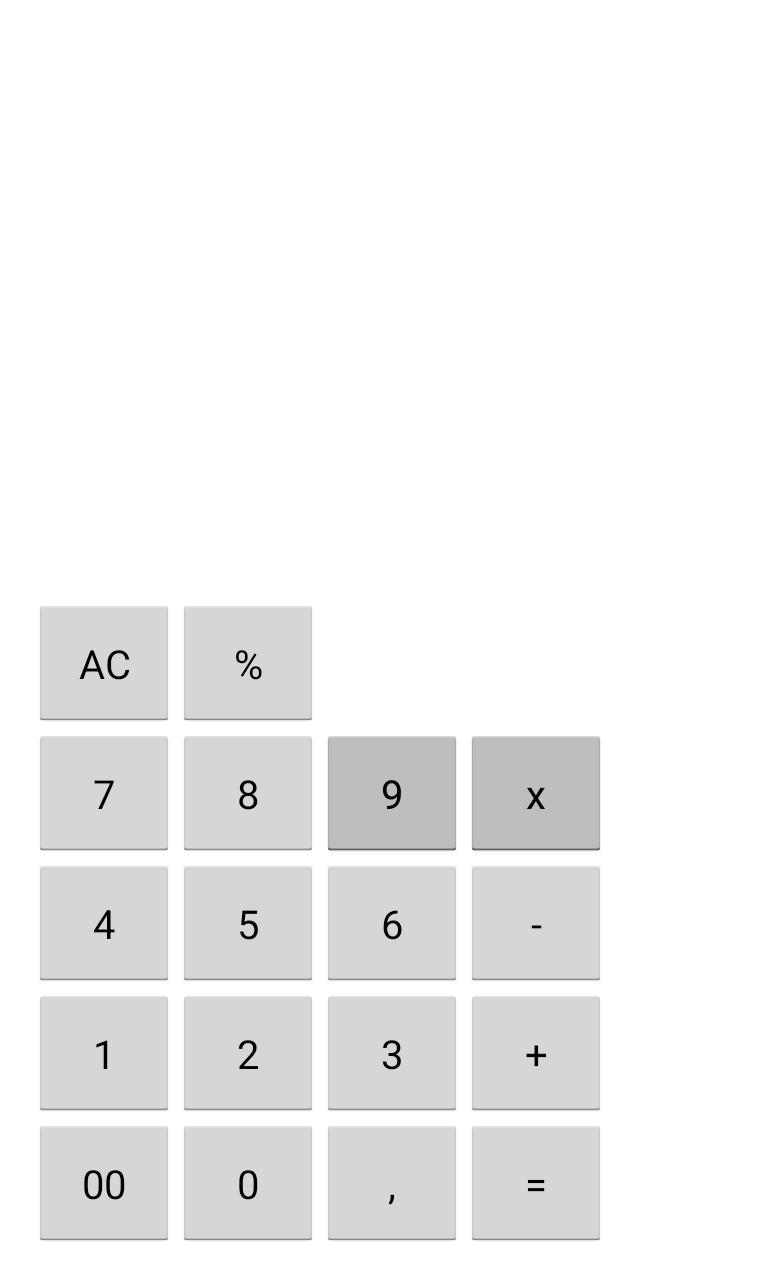
Repository: kisahtegar/mp_java_si6
Layout: MyCalculator/res/layout/activity_main.xml
An editor plug-in stored every save of this project. The layout is shown before and after the next save, followed by the edit.
It is drawn on a 768 x 1280 px phone screen (xhdpi) without system bars, with theme AppTheme; the app's code is not run.

Above is the layout before, as saved 2024-05-14 10:20:32.

### MyCalculator/res/layout/activity_main.xml
<RelativeLayout xmlns:android="http://schemas.android.com/apk/res/android"
    xmlns:tools="http://schemas.android.com/tools"
    android:layout_width="match_parent"
    android:layout_height="match_parent"
    android:paddingBottom="@dimen/activity_vertical_margin"
    android:paddingLeft="@dimen/activity_horizontal_margin"
    android:paddingRight="@dimen/activity_horizontal_margin"
    android:paddingTop="@dimen/activity_vertical_margin"
    tools:context=".MainActivity" >

    <!-- First Layer -->
    <Button
        android:id="@+id/btnDoubleZero"
        style="?android:attr/buttonStyleSmall"
        android:layout_width="72dp"
        android:layout_height="65dp"
        android:layout_alignParentBottom="true"
        android:layout_alignParentLeft="true"
        android:text="00"
        android:textSize="20sp" />

    <Button
        android:id="@+id/btnZero"
        style="?android:attr/buttonStyleSmall"
        android:layout_width="72dp"
        android:layout_height="65dp"
        android:layout_alignParentBottom="true"
        android:layout_toRightOf="@+id/btnDoubleZero"
        android:text="0"
        android:textSize="20sp" />

    <Button
        android:id="@+id/btnComma"
        style="?android:attr/buttonStyleSmall"
        android:layout_width="72dp"
        android:layout_height="65dp"
        android:layout_alignParentBottom="true"
        android:layout_toRightOf="@+id/btnZero"
        android:text=","
        android:textSize="20sp" />

    <Button
        android:id="@+id/btnEqual"
        style="?android:attr/buttonStyleSmall"
        android:layout_width="72dp"
        android:layout_height="65dp"
        android:layout_alignParentBottom="true"
        android:layout_toRightOf="@+id/btnComma"
        android:text="="
        android:textSize="20sp" />

    <!-- Second Layer -->
    <Button
        android:id="@+id/btnOne"
        style="?android:attr/buttonStyleSmall"
        android:layout_width="72dp"
        android:layout_height="65dp"
        android:layout_above="@+id/btnDoubleZero"
        android:layout_alignParentLeft="true"
        android:text="1"
        android:textSize="20sp" />

    <Button
        android:id="@+id/btnTwo"
        style="?android:attr/buttonStyleSmall"
        android:layout_width="72dp"
        android:layout_height="65dp"
        android:layout_above="@+id/btnZero"
        android:layout_toRightOf="@+id/btnOne"
        android:text="2"
        android:textSize="20sp" />

    <Button
        android:id="@+id/btnThree"
        style="?android:attr/buttonStyleSmall"
        android:layout_width="72dp"
        android:layout_height="65dp"
        android:layout_above="@+id/btnComma"
        android:layout_toRightOf="@+id/btnTwo"
        android:text="3"
        android:textSize="20sp" />

    <Button
        android:id="@+id/btnPlus"
        style="?android:attr/buttonStyleSmall"
        android:layout_width="72dp"
        android:layout_height="65dp"
        android:layout_above="@+id/btnEqual"
        android:layout_toRightOf="@+id/btnThree"
        android:text="+"
        android:textSize="20sp" />

    <!-- Third Layer -->
    <Button
        android:id="@+id/btnFour"
        style="?android:attr/buttonStyleSmall"
        android:layout_width="72dp"
        android:layout_height="65dp"
        android:layout_above="@+id/btnOne"
        android:layout_alignParentLeft="true"
        android:text="4"
        android:textSize="20sp" />

    <Button
        android:id="@+id/btnFive"
        style="?android:attr/buttonStyleSmall"
        android:layout_width="72dp"
        android:layout_height="65dp"
        android:layout_above="@+id/btnTwo"
        android:layout_toRightOf="@+id/btnFour"
        android:text="5"
        android:textSize="20sp" />

    <Button
        android:id="@+id/btnSix"
        style="?android:attr/buttonStyleSmall"
        android:layout_width="72dp"
        android:layout_height="65dp"
        android:layout_above="@+id/btnThree"
        android:layout_toRightOf="@+id/btnFive"
        android:text="6"
        android:textSize="20sp" />

    <Button
        android:id="@+id/btnMinus"
        style="?android:attr/buttonStyleSmall"
        android:layout_width="72dp"
        android:layout_height="65dp"
        android:layout_above="@+id/btnPlus"
        android:layout_toRightOf="@+id/btnSix"
        android:text="-"
        android:textSize="20sp" />

    <!-- Fourth Layer -->
    <Button
        android:id="@+id/btnSeven"
        style="?android:attr/buttonStyleSmall"
        android:layout_width="72dp"
        android:layout_height="65dp"
        android:layout_above="@+id/btnFour"
        android:layout_alignParentLeft="true"
        android:text="7"
        android:textSize="20sp" />

    <Button
        android:id="@+id/btnEight"
        style="?android:attr/buttonStyleSmall"
        android:layout_width="72dp"
        android:layout_height="65dp"
        android:layout_above="@+id/btnFive"
        android:layout_toRightOf="@+id/btnSeven"
        android:text="8"
        android:textSize="20sp" />

    <Button
        android:id="@+id/btnNine"
        style="?android:attr/buttonStyleSmall"
        android:layout_width="72dp"
        android:layout_height="65dp"
        android:layout_above="@+id/btnSix"
        android:layout_toRightOf="@+id/btnEight"
        android:text="9"
        android:textSize="20sp" />

    <Button
        android:id="@+id/btnMultiple"
        style="?android:attr/buttonStyleSmall"
        android:layout_width="72dp"
        android:layout_height="65dp"
        android:layout_above="@+id/btnMinus"
        android:layout_toRightOf="@+id/btnNine"
        android:text="x"
        android:textSize="20sp" />

    <!-- Five Layer -->
    <Button
        android:id="@+id/btnClearAll"
        style="?android:attr/buttonStyleSmall"
        android:layout_width="72dp"
        android:layout_height="65dp"
        android:layout_above="@+id/btnSeven"
        android:layout_alignParentLeft="true"
        android:text="AC"
        android:textSize="20sp" />

    <Button
        android:id="@+id/btnPercent"
        style="?android:attr/buttonStyleSmall"
        android:layout_width="72dp"
        android:layout_height="65dp"
        android:layout_above="@+id/btnEight"
        android:layout_toRightOf="@+id/btnClearAll"
        android:text="%"
        android:textSize="20sp" />

    <Button
        android:id="@+id/btnNine"
        style="?android:attr/buttonStyleSmall"
        android:layout_width="72dp"
        android:layout_height="65dp"
        android:layout_above="@+id/btnSix"
        android:layout_toRightOf="@+id/btnEight"
        android:text="9"
        android:textSize="20sp" />

    <Button
        android:id="@+id/btnMultiple"
        style="?android:attr/buttonStyleSmall"
        android:layout_width="72dp"
        android:layout_height="65dp"
        android:layout_above="@+id/btnMinus"
        android:layout_toRightOf="@+id/btnNine"
        android:text="x"
        android:textSize="20sp" />

</RelativeLayout>

Loaded but not shown: MyCalculator/res/values/styles.xml (common file); MyCalculator/res/values-v11/styles.xml (common file); MyCalculator/res/values-v14/styles.xml (common file); MyCalculator/res/values/dimens.xml (common file)

After the next save:
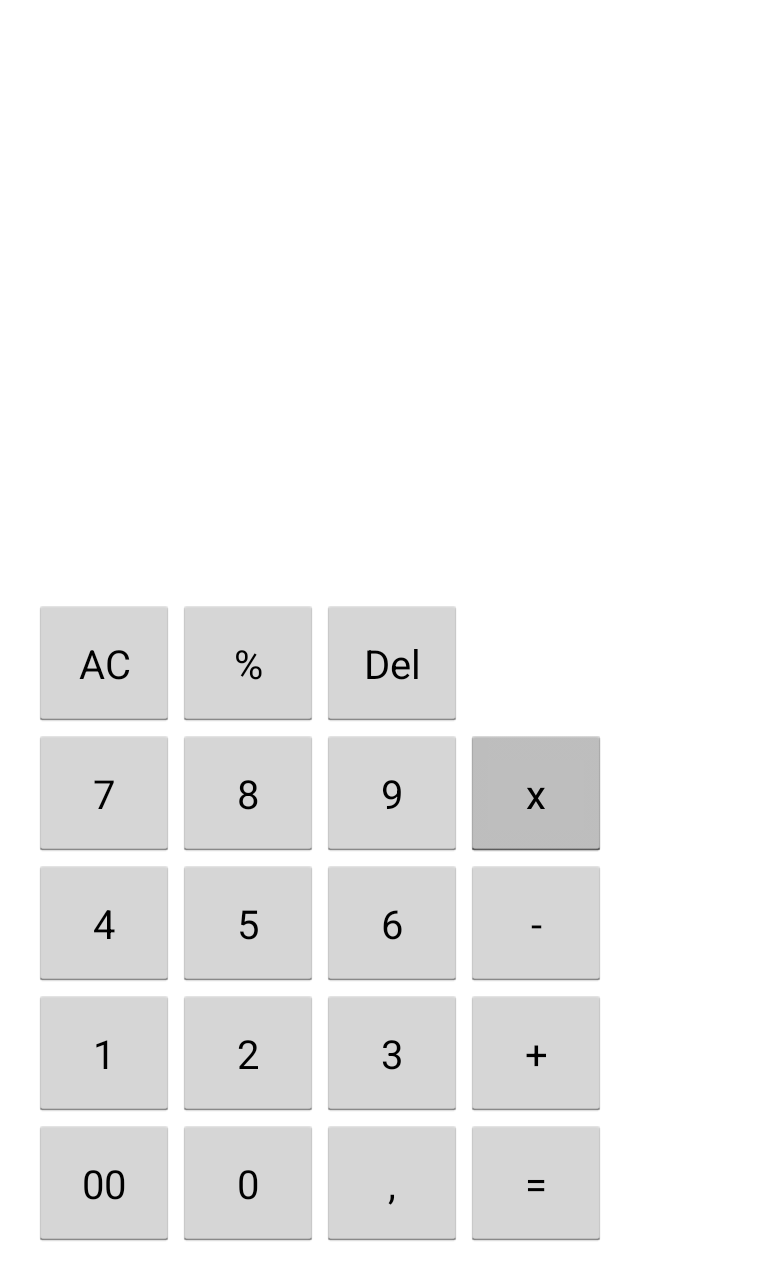
Saved 102 s later.
--- a/MyCalculator/res/layout/activity_main.xml
+++ b/MyCalculator/res/layout/activity_main.xml
@@ -194,13 +194,13 @@
         android:textSize="20sp" />
 
     <Button
-        android:id="@+id/btnNine"
-        style="?android:attr/buttonStyleSmall"
-        android:layout_width="72dp"
-        android:layout_height="65dp"
-        android:layout_above="@+id/btnSix"
-        android:layout_toRightOf="@+id/btnEight"
-        android:text="9"
+        android:id="@+id/btnDelete"
+        style="?android:attr/buttonStyleSmall"
+        android:layout_width="72dp"
+        android:layout_height="65dp"
+        android:layout_above="@+id/btnNine"
+        android:layout_toRightOf="@+id/btnPercent"
+        android:text="Del"
         android:textSize="20sp" />
 
     <Button
